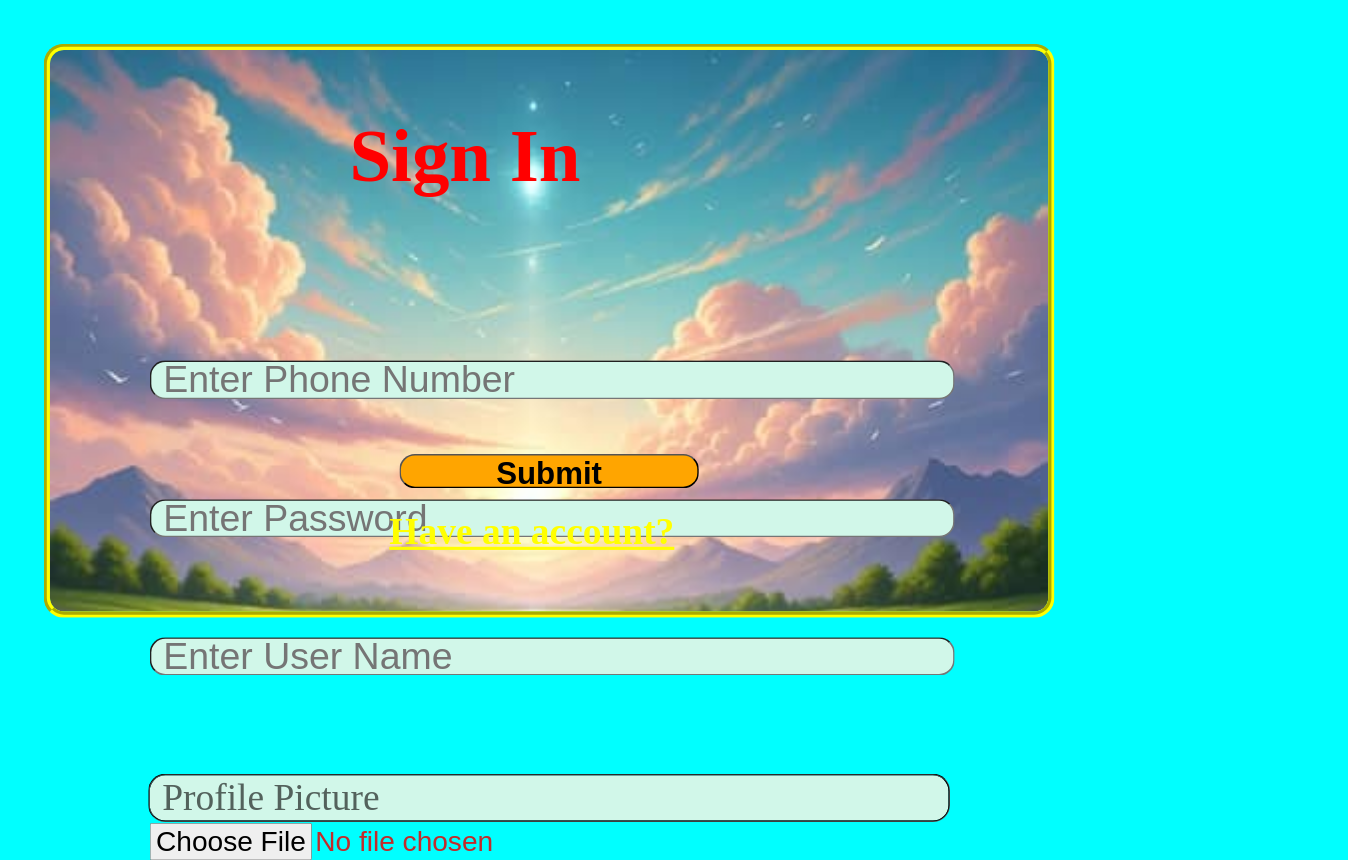
Repository: Amani-Kibet/express-app-web
Page: pages/signup/signIn.html
These files come from the project's save history. The page is drawn as it stood at one moment and after the next save; the edit follows.
The browser window is 1280 px wide. The page is 1728 px wide, so the pictures cover 1728 px, including what lies to the right of the window. The pictures show the whole page, at 78% of full size.

Above is the page before, as saved 2025-09-28 16:51:10.

### pages/signup/signIn.html
<!DOCTYPE html>
<head>
  <title> Login Page</title>
  <style>
  #board{
    background: url(/pictures/p1.png);
    background-size: cover;
    width: 100vw;
    height: 100vh;
    border-radius: 18px;
    outline: 8px groove yellow;
    position: absolute;
    top: 4rem;
    left: 4rem;
  }
  h2{
    color: red;
    position: relative;
    left: 30%;
    font-size: 6rem
  }
  .inputs{
    width: 80%;
    height: 6%;
    position: relative;
    left: 10%;
    margin-top: 10%;
    border-radius: 20px;
    color: blue;
    font-size: 3em;
    background-color: rgb(209, 247, 233);
  }
  #picC{
    display: flex;
    flex-direction: column;
    gap: 10%;
    height: 8%;
    outline: 2px groove black;
    color: rgb(194, 43, 43);
  }
  #picI{
    font-size: 0.75em;
  }
  #picT{
    font-size: 1em;
    opacity: 0.6;
    font-style: normal;
    position: relative;
    left: 1rem;
    color: black;
  }
  #submit{
    background: orange;
    position: absolute;
    width: 30%;
    height: 6%;
    top: 72%;
    left: 35%;
    border-radius: 20px;
    font-size: 2.5em;
    font-weight: bold;
  }
  #msg{
    background: lightblue;
    width: 70%;
    height: 50%;
    border-radius: 10px;
    position: absolute;
    bottom: 30%;
    left: 15%;
    outline: 4px groove yellow;
    display: none;
  }
  .prog{
    border-radius: 100%;
    position: absolute;
    top: 4%;
    left: 4%;
    outline: 20px groove yellow;
    font-size: 8em;
  }
  #prog2{
      transform: rotateY(90deg)
  }
  #progC{
    transform-style: preserve-3d;
    animation: spin 4s ease-in-out infinite;
  }
  #msgT{
    position: relative;
    top: 36%;
    left: 10%;
    color: blue;
    font-weight: bold;
    font-size: 4em;
    width: 80%;
    height: 20%;
  }
  #loginT{
    position: relative;
    top: 20%;
    left: 12%;
    color: rgb(255, 60, 0);
    font-weight: 500;
    font-size: 5em;
    width: 80%;
    height: 25%;
  }
  .links{
    position: absolute;
    font-weight: 800;
    font-size: 3em;
    color: yellow;
    top: 82%;
    left: 34%
  }
  @keyframes spin{
    0%{transform: rotateY(0deg) rotateX(0deg) translateX(0px)}
    50%{transform: rotateY(360deg) rotateX(60deg) translateX(50px)}
    100%{transform: rotateY(0deg) rotateX(0deg) translateX(0px)}
  }
  </style>
</head>
<body bgColor="cyan">
  <div id="board">
    <h2>Sign In</h2>
    <input type="number" class="inputs" id="phoneI" placeholder=" Enter Phone Number">
    <input type="password" class="inputs" id="passI" placeholder=" Enter Password">
    <input type="text" class="inputs" id="nameI" placeholder=" Enter User Name">
    <div id="picC" class="inputs">
      <i id="picT">Profile Picture</i>
    <input id="picI" type="file" name="image">
    </div>
  <button id="submit" onclick="f1()">Submit</button>
  <a class="links" id="link1" href="/pages/signup/logIn.html">Have an account?</a>
    <div id="msg">
      <div id="progC">
        <div id="prog1" class="prog">🔴</div>
      <div id="prog2" class="prog">🟢</div>
      </div>
      <p id="loginT">Please wait...</p>
      <h3 id="msgT">No text returned</h3>
    </div>
  </div>
</body>
<script>
  let bt1= document.getElementById("submit")
  let msgT= document.getElementById("msgT")
  let msg= document.getElementById("msg")

function f1(){
  let phoneI= document.getElementById("phoneI").value;
  let passI= document.getElementById("passI").value;
  let nameI= document.getElementById("nameI").value;
  let picI= document.getElementById("picI").files[0];

  let folder= new FormData()
  folder.append("image", picI)
  folder.append("json", JSON.stringify({phone: `${phoneI}`, pass: `${passI}`, name: `${nameI}`}))


  fetch("/path1", {
    method: "POST",
    body: folder
  })
  .then(type=> type.text())
  .then(data=> {
  msg.style.display="block";
  msgT.innerHTML=`${phoneI} ${data}`
  setTimeout(()=>{
  msg.style.display="none";
  window.location.href="/pages/signup/login.html"
}, 8000);
})

  fetch("/path2", {
    method: "POST",
    body: env
  });

}
</script>
</html>

After the next save:
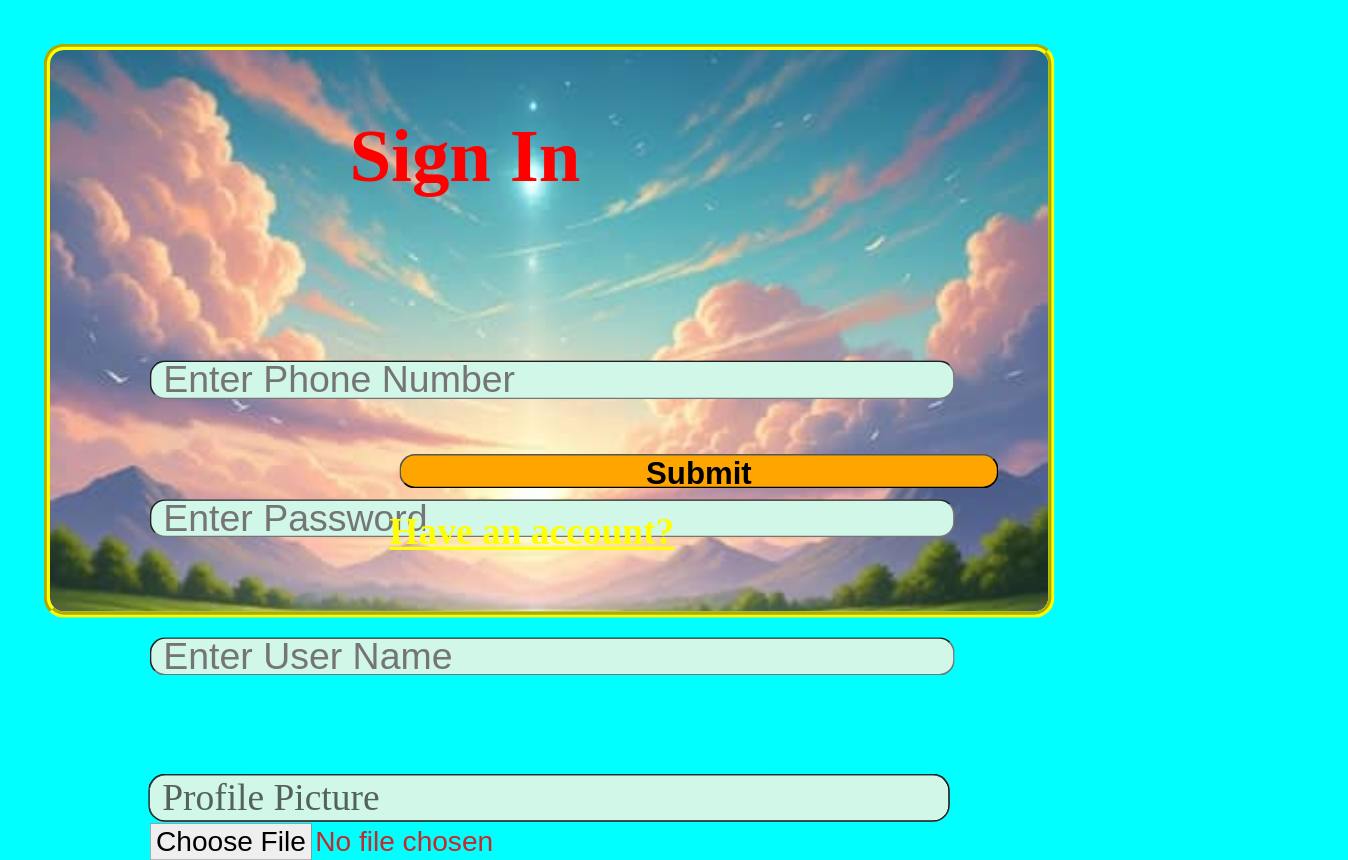
Saved 8 s later.
--- a/pages/signup/signIn.html
+++ b/pages/signup/signIn.html
@@ -52,7 +52,7 @@
   #submit{
     background: orange;
     position: absolute;
-    width: 30%;
+    width: 60%;
     height: 6%;
     top: 72%;
     left: 35%;
